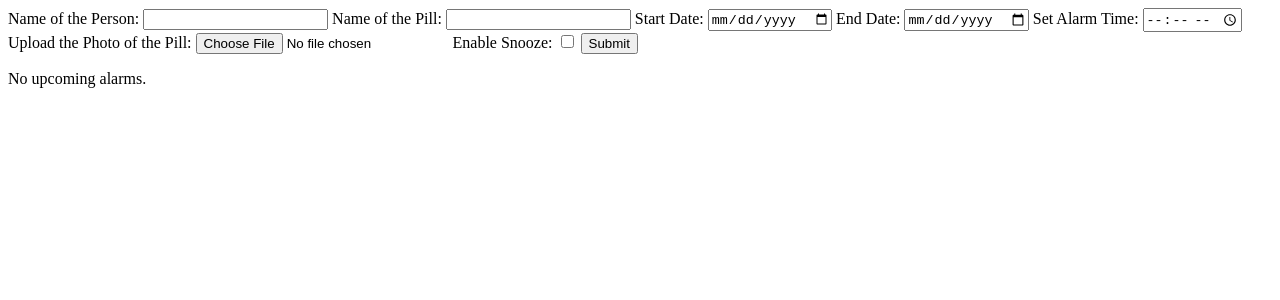
Repository: sarveshv9/Pill-Dispenser-Alert
Page: pill.html
The author's editor kept a copy of each file at every save. The page is drawn from the files as they stood at one save, then again after the next save.
The browser window is 1280 px wide. The pictures show the whole page.

Above is the page before, as saved 2025-03-08 13:32:21.
Console error: ReferenceError: updateUpcomingAlarm is not defined

### pill.html
<!DOCTYPE html>
<html lang="en">
<head>
    <meta charset="UTF-8">
    <meta name="viewport" content="width=device-width, initial-scale=1.0">
    <title>Document</title>
</head>
<body>
    <form id="pillForm">
        <label>Name of the Person:</label>
        <input type="text" id="name" required>

        <label>Name of the Pill:</label>
        <input type="text" id="pillName" required>

        <label>Start Date:</label>
        <input type="date" id="startDate" required>

        <label>End Date:</label>
        <input type="date" id="endDate" required>

        <label>Set Alarm Time:</label>
        <input type="time" id="alarmTime" required>

        <label>Upload the Photo of the Pill:</label>
        <input type="file" id="pillPhoto" accept="image/*">

        <label>Enable Snooze:</label>
        <input type="checkbox" id="snooze">

        <button type="submit">Submit</button>
    </form>

    <p id="error-message"></p>

    <!-- Display Upcoming Alarm -->
    <p id="upcoming-alarm">No upcoming alarms.</p>

    <!-- Alarm Notification Box with Pill Image -->
    <div id="alarm-box" style="display:none; background: #ffcc00; padding: 20px; text-align: center;">
        <h2>Time to take your pill!</h2>
        <img id="pill-image" src="" alt="Pill Image" style="display:none; max-width: 100px; max-height: 100px;">
        <button id="stopAlarm">Done</button>
    </div>

    <script src="pill.js"></script>
</body>
</html>

### pill.js
document.addEventListener("DOMContentLoaded", function () {
    const form = document.getElementById("pillForm");
    const errorMessage = document.getElementById("error-message");
    const fileInput = document.getElementById("pillPhoto");
    const upcomingAlarmDisplay = document.getElementById("upcoming-alarm");
    const stopAlarmButton = document.getElementById("stopAlarm");
    const alarmBox = document.getElementById("alarm-box");
    const pillImage = document.getElementById("pill-image");

    let imageUrl = "";

    // Ensure upcoming alarm element exists before updating it
    function safeUpdateUpcomingAlarm(message, color = "gray") {
        if (upcomingAlarmDisplay) {
            upcomingAlarmDisplay.textContent = message;
            upcomingAlarmDisplay.style.color = color;
        }
    }

    // Handle image upload and store URL
    fileInput.addEventListener("change", function () {
        const file = fileInput.files[0];
        if (file) {
            const reader = new FileReader();
            reader.onload = function (e) {
                imageUrl = e.target.result; // Store the image data URL
                localStorage.setItem("pillImage", imageUrl);
            };
            reader.readAsDataURL(file);
        }
    });

    form.addEventListener("submit", function (event) {
        event.preventDefault(); // Prevent form submission for now

        let name = document.getElementById("name").value.trim();
        let pillName = document.getElementById("pillName").value.trim();
        let startDate = document.getElementById("startDate").value;
        let endDate = document.getElementById("endDate").value;
        let alarmTime = document.getElementById("alarmTime").value;

        // Check if required fields are filled
        if (!name || !pillName || !startDate || !endDate || !alarmTime) {
            errorMessage.textContent = "Please fill out all required fields.";
            errorMessage.style.color = "red";
            return;
        }

        // Store alarm time and pill name in local storage
        localStorage.setItem("pillAlarmTime", alarmTime);
        localStorage.setItem("pillName", pillName);

        errorMessage.textContent = "Pill alarm set successfully!";
        errorMessage.style.color = "green";

        updateUpcomingAlarm();
        startAlarmCheck();
    });


    function startAlarmCheck() {
        setInterval(function () {
            let currentTime = new Date();
            let alarmTime = localStorage.getItem("pillAlarmTime");

            if (alarmTime) {
                let [alarmHours, alarmMinutes] = alarmTime.split(":");
                let alarmDate = new Date();
                alarmDate.setHours(alarmHours, alarmMinutes, 0, 0);

                if (
                    currentTime.getHours() === alarmDate.getHours() &&
                    currentTime.getMinutes() === alarmDate.getMinutes()
                ) {
                    triggerAlarm();
                    localStorage.removeItem("pillAlarmTime"); // Remove alarm after triggering
                    localStorage.removeItem("pillName");
                    updateUpcomingAlarm();
                }
            }
        }, 1000); // Check every second
    }

    function triggerAlarm() {
        let savedImageUrl = localStorage.getItem("pillImage");
        if (savedImageUrl) {
            pillImage.src = savedImageUrl;
            pillImage.style.display = "block";
        } else {
            pillImage.style.display = "none";
        }

        alarmBox.style.display = "block";
    }

    stopAlarmButton.addEventListener("click", function () {
        alarmBox.style.display = "none";
    });

    updateUpcomingAlarm(); // Show alarm info when the page loads
    startAlarmCheck(); // Start checking for alarms
});

After the next save:
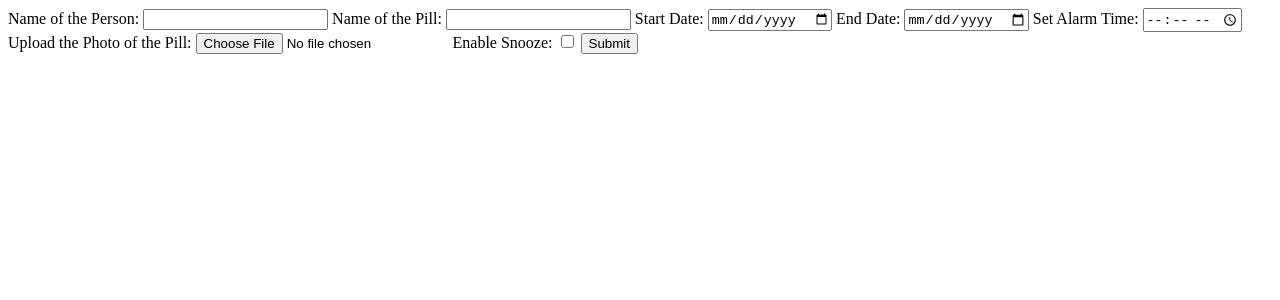
Saved 82 s later.
--- a/pill.html
+++ b/pill.html
@@ -33,8 +33,8 @@
 
     <p id="error-message"></p>
 
-    <!-- Display Upcoming Alarm -->
-    <p id="upcoming-alarm">No upcoming alarms.</p>
+    <!-- Display Upcoming Alarm
+    <p id="upcoming-alarm">No upcoming alarms.</p>-->
 
     <!-- Alarm Notification Box with Pill Image -->
     <div id="alarm-box" style="display:none; background: #ffcc00; padding: 20px; text-align: center;">
